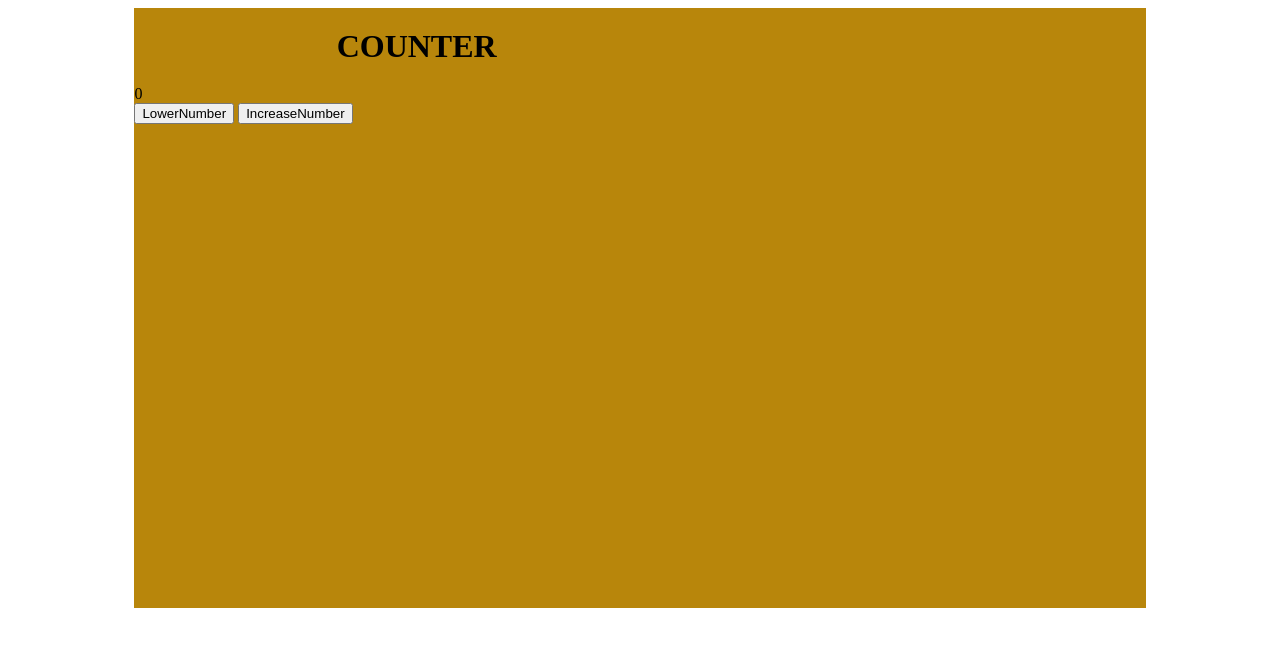
Repository: Sgalstyan06/counterNum
Page: index.html
An editor plug-in stored every save of this project. The page is shown before and after a run of saves, followed by the edit.
The browser window is 1280 px wide. The pictures show the whole page.

Above is the page before, as saved 2022-02-14 16:47:56.

After the next 4 saves:
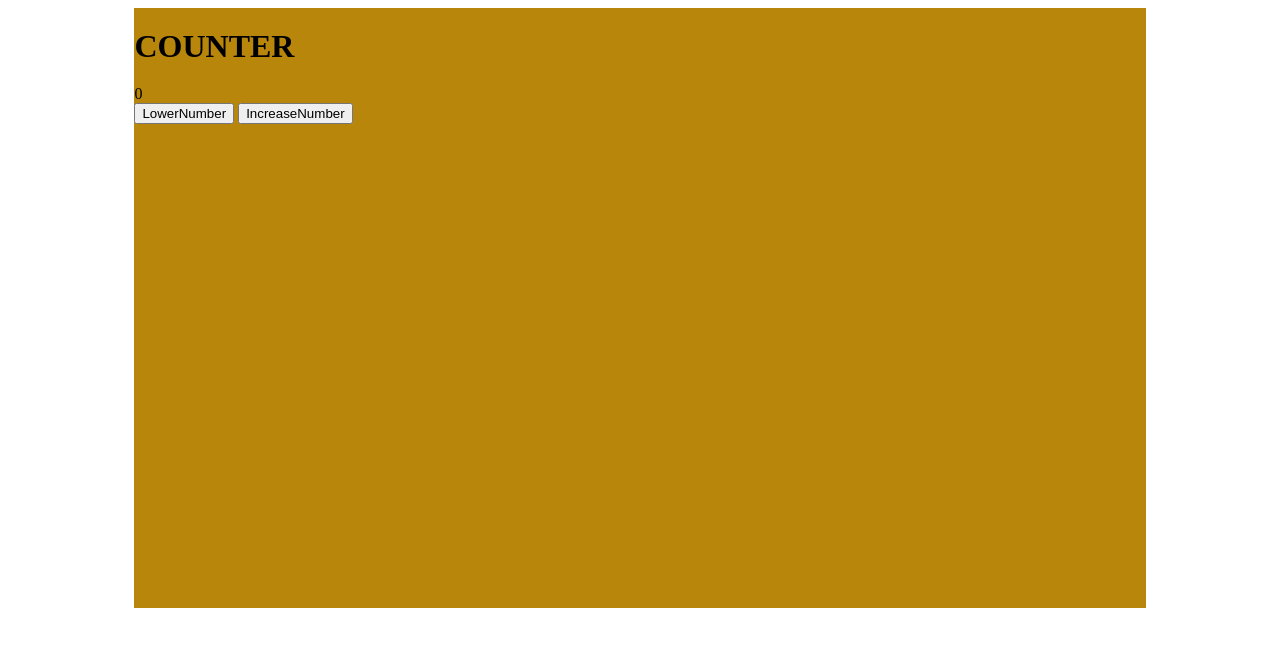
The 4 saves are shown as one change because they came seconds apart.
The last was saved 13 s later.
--- a/style.css
+++ b/style.css
@@ -7,6 +7,6 @@
     flex-direction: column;
 }
 h1{
-    width: 60%;
+    width: 100%;
     margin: 20px auto;
 }
